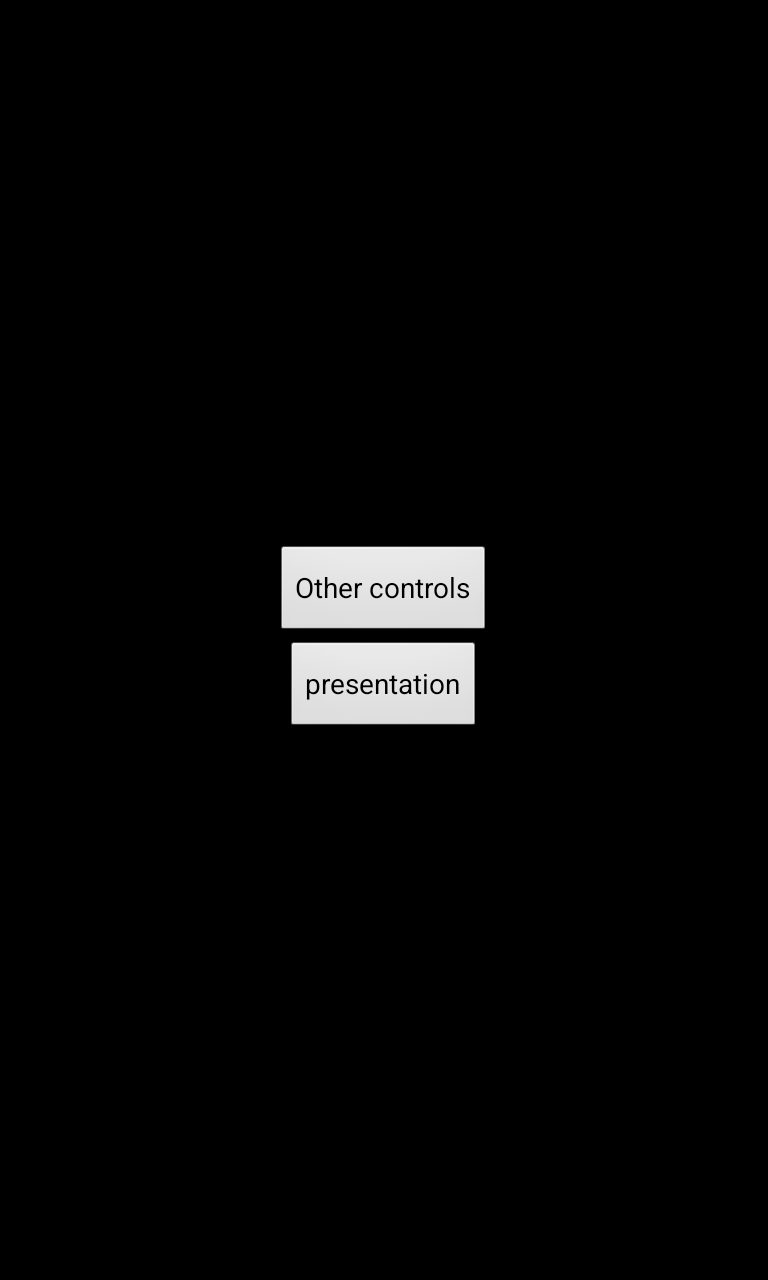
Repository: anant-agarwal/pc_remote
Layout: android_client/sample/res/layout/menu.xml
The author's editor kept a copy of each file at every save. The layout is drawn from the files as they stood at one save, then again after the next save.
It is drawn on a 768 x 1280 px phone screen (xhdpi) without system bars, with theme android:Theme; the app's code is not run.

Above is the layout before, as saved 2012-10-25 16:20:28.

After the next save:
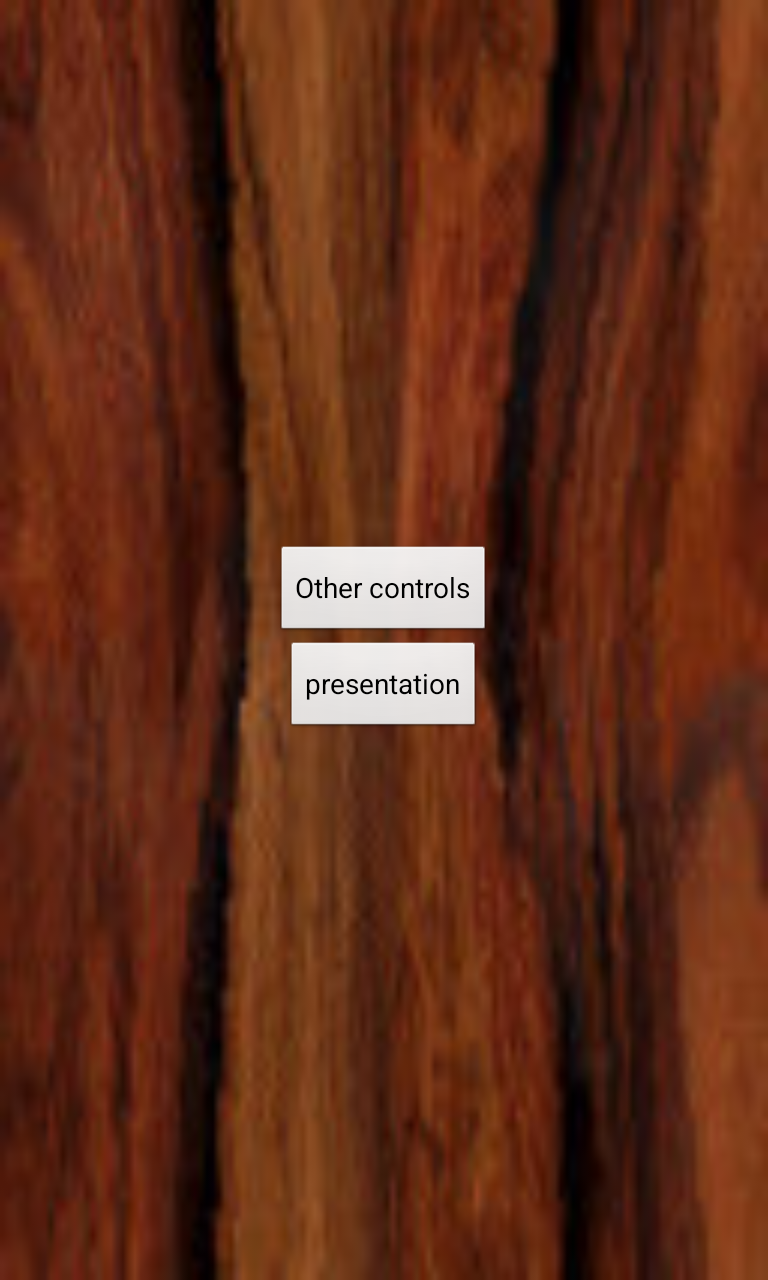
Saved 32 min 41 s later.
--- a/android_client/sample/res/layout/menu.xml
+++ b/android_client/sample/res/layout/menu.xml
@@ -2,6 +2,7 @@
 <LinearLayout xmlns:android="http://schemas.android.com/apk/res/android"
     android:layout_width="match_parent"
     android:layout_height="match_parent"
+    android:background="@drawable/wood"
     android:gravity="center"
     android:orientation="vertical" >
 
